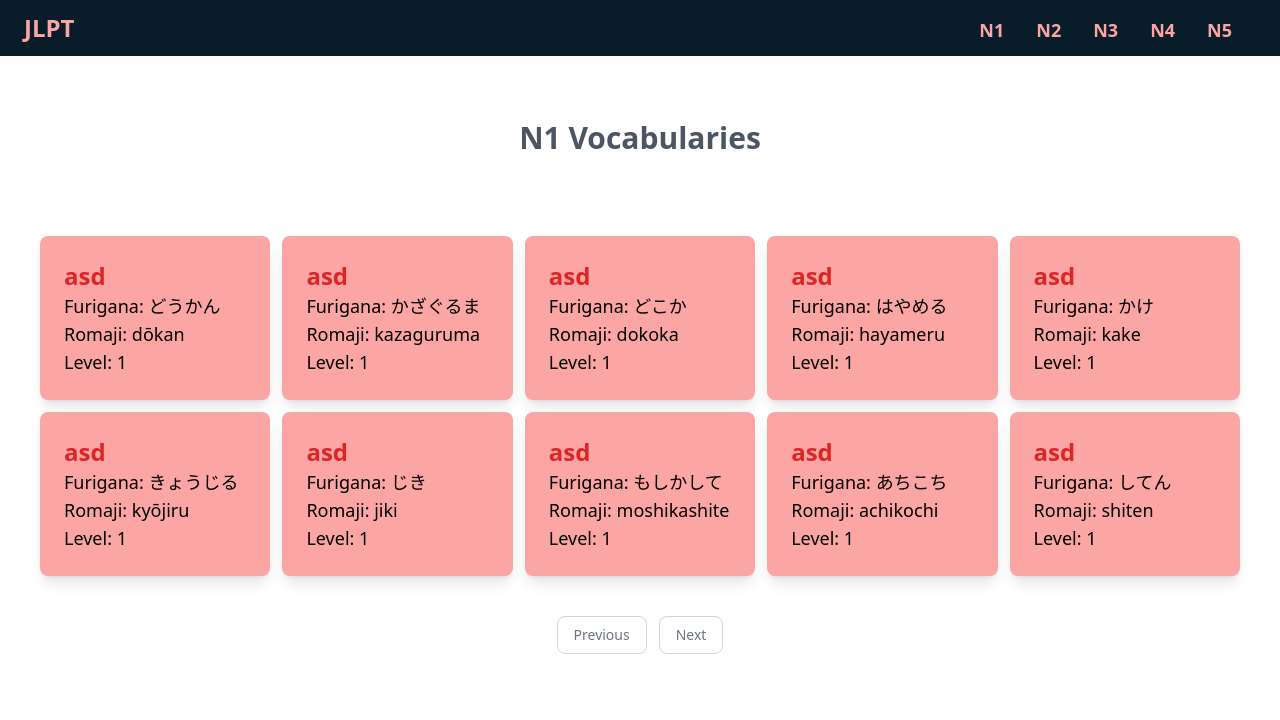
Repository: Penglee25/JLPT-vocabulary
Page: /n1
The author's editor kept a copy of each file at every save. The page is drawn from the files as they stood at one save, then again after the next save.
The browser window is 1280 px wide. The pictures show the whole page.
The project was rebuilt for these pictures with package versions that can differ from the ones it lists, and the page was loaded fresh each time. The framework's server and built-in components were replaced by stand-ins that run in the browser. Also part of the build but not shown: next.config.js, src/styles/main.css.

Above is the page before, as saved 2023-03-17 15:37:50.

### src/pages/_app.tsx
import type { AppProps } from 'next/app';
import React from 'react';
import Head from '../components/head';

import '../styles/global.css';
import '../styles/main.css';

function MyApp({ Component, pageProps }: AppProps) {
  return (
    <React.Fragment>
      <Head />
      <Component {...pageProps} />
    </React.Fragment>
  )
}

export default MyApp;

### src/pages/n1.tsx
import { useState } from "react";
import Navbar from "../components/navbar";
import { pickDB } from "../utils/search-words";

export default function n1() {

    const [wordPost, setWordPost] = useState();
    const data = pickDB(1);
    const itemsPerPage = 10;

    const [currentPage, setCurrentPage] = useState(1);
    const totalPages = Math.ceil(data.length / itemsPerPage);

    const handlePrevClick = () => {
        setCurrentPage((prevPage) => prevPage - 1);
    };

    const handleNextClick = () => {
        setCurrentPage((prevPage) => prevPage + 1);
    };

    const renderData = () => {
        const start = (currentPage - 1) * itemsPerPage;
        const end = start + itemsPerPage;
        return data.slice(start, end).map((item, index) => (
            <div key={index} className="block rounded-lg bg-red-300 p-6 shadow-lg dark:bg-neutral-700">
                <span className='text-2xl font-bold text-red-600'>asd</span>
                <p className='my-0 text-lg'>Furigana: {item.furigana}</p>
                <p className='my-0 text-lg'>Romaji: {item.romaji}</p>
                <p className='my-0 text-lg'>Level: {item.level}</p>
            </div>
        ));
    };





    return (
        <div>
            <Navbar />
            <div className="container p-10">

                <div className="text-center my-20">
                    <span className="text-3xl text-gray-600 font-bold">N1 Vocabularies</span>
                </div>

                <div className=" grid md:grid-cols-5 gap-3 grid-cols-3">
                    {renderData()}
                </div>

                <div className="pagination text-center mt-10">
                    <a href="#" className="inline-flex items-center px-4 py-2 text-sm font-medium text-gray-500 bg-white border border-gray-300 rounded-lg hover:bg-gray-100 hover:text-gray-700 dark:bg-gray-800 dark:border-gray-700 dark:text-gray-400 dark:hover:bg-gray-700 dark:hover:text-white">
                        Previous
                    </a>
                    <a href="#" className="inline-flex items-center px-4 py-2 ml-3 text-sm font-medium text-gray-500 bg-white border border-gray-300 rounded-lg hover:bg-gray-100 hover:text-gray-700 dark:bg-gray-800 dark:border-gray-700 dark:text-gray-400 dark:hover:bg-gray-700 dark:hover:text-white">
                        Next
                    </a>
                </div>

            </div>
        </div>
    )
}

### src/components/head.tsx
import NextHead from 'next/head';

const title = 'JLPT Vocabulary API';
const desc = 'A RESTful / GraphQL API for JPLT vocabulary from N5 to N1';
const url = 'https://jlpt-keiz.vercel.app';

export default function Head() {
  return (
    <NextHead>
      <title>{title}</title>
      <meta name="description" content={desc} />
      <link rel="shortcut icon" type="image/x-icon" href="/icon-r.png" />

      <meta property="og:type" content="website" />
      <meta property="og:title" content={title} />
      <meta property="og:description" content={desc} />
      <meta property="og:url" content={url} />
      <meta property="og:image" content={`${url}/icon-s.png`} />

      <meta name="twitter:card" content="summary" />
    </NextHead>
  );
}

### src/styles/global.css
@tailwind base;
@tailwind components;
@tailwind utilities;

html {
  @apply antialiased;
}

.levels{
  color: #a2a2a2;
  font-weight: 600;
  transition: .3s;
  cursor: pointer;
}

.levels::after{
  content: '\261B';
  margin-left: 5px;
  position: absolute;
}

.levels:hover{
  color: black;
  text-decoration: underline;
}

### src/components/navbar.tsx
import Link from 'next/link'
import { useState } from 'react'

import { navLinks } from '../utils/data'

export default function Navbar() {
    const [isOpen, setIsOpen] = useState(false)
    const animate = useState(true)


    const NavMobile = ({ onClick }: any) => {
        // const animate = useStartAnimation()

        // return (
        //     <div className={`md:hidden flex flex-col text-white font-dosis w-11/12 mx-auto pl-2 pb-5 ${animate? '': 'translate-x-60 -translate-y-7 opacity-0'} transform transition duration-1000`}>

        //     </div>
        // )
    }

    return (
        <div style={{ backgroundColor: '#091c29' }} className='fixed top-0 w-full z-20 px-6'>
            <div className="w-full mx-auto py-3 flex items-center justify-between text-red-300 font-dosis transform transition duration-2500 text-2xl font-bold cursor-pointer">
                <Link href={navLinks[0].path}>
                <h3> JLPT </h3>
                </Link>
                <div className={`hidden md:block ${animate ? '' : 'translate-x-20 opacity-0'} transform transition duration-2500`}>
                    {
                        navLinks.map((nav: any, i) => (
                            <Link key={i} href={nav.path}>
                                <span className='font-bold text-lg mr-4 px-2 cursor-pointer border-b-2 border-transparent hover:border-white anim'>{nav.name}</span>
                            </Link>
                        ))
                    }
                </div>

                <div className='md:hidden -mr-1 flex'>
                </div>
            </div>


        </div>
    )
}

### src/utils/search-words.ts
import { Word, WordsResponse, Level } from '../types';
import { all, n1, n2, n3, n4, n5 } from '../../data-source/db'

export const pickDB = (level?: number): Word[] => {
  if (level === 1) return n1
  if (level === 2) return n2
  if (level === 3) return n3
  if (level === 4) return n4
  if (level === 5) return n5
  return all
}

export const search = (db: Word[], word: string): Word[] => {
  return db.filter(w => w.word === word)
}

export const searchWords = (
  { offset, limit, level, word }: { offset: number; limit: number; level?: Level, word?: string }
) => {
  limit = limit || 10
  offset = offset || 0
  const db = pickDB(level)
  const result = word ? search(db, word) : db
  const start = offset * limit;
  const words = result.slice(start, start + limit);
  const data: WordsResponse = {
    total: result.length,
    offset,
    limit,
    words,
  };
  return data;
}

export const randomWord = (level?: number) => {
  const db = pickDB(level)
  return db[Math.floor(Math.random() * db.length)];
}

### src/utils/data.ts
export const navLinks = [
    { name: "",
     path: "/"
    },
    {
      name: "N1",
      path: "/n1",
    },
    {
      name: "N2",
      path: "/N2",
    },
    {
      name: "N3",
      path: "/N3",
    },
    {
      name: "N4",
      path: "/N4",
    },
    {
      name: "N5",
      path: "/N5",
    },
  ];

### data-source/db/index.ts
import _all from './all.json'
import _n1 from './n1.json'
import _n2 from './n2.json'
import _n3 from './n3.json'
import _n4 from './n4.json'
import _n5 from './n5.json'
import { Word } from '../../src/types'

export const all = _all as Word[]
export const n1 = _n1 as Word[]
export const n2 = _n2 as Word[]
export const n3 = _n3 as Word[]
export const n4 = _n4 as Word[]
export const n5 = _n5 as Word[]

### tailwind.config.js
module.exports = {
	content: ["./src/**/*.tsx"],
	theme: {
		extend: {
			animation: {
				none: "none",
				spin: "spin 1s linear infinite",
				ping: "ping 1s cubic-bezier(0, 0, 0.2, 1) infinite",
				pulse: "pulse 2s cubic-bezier(0.4, 0, 0.6, 1) infinite",
				pulse1s: "pulse1s 1s cubic-bezier(0.4, 0, 0.6, 1) infinite",
				bounce: "bounce 1s infinite",
				newbounce: "newbounce 1s infinite",
				rebounce: "rebounce 1s infinite",
				float: "float 3s infinite",
				refloat: "refloat 3s infinite",
			},
			fontSize: {
				xs: ["0.75rem", { lineHeight: "1rem" }],
				sm: ["0.875rem", { lineHeight: "1.25rem" }],
				base: ["1rem", { lineHeight: "1.5rem" }],
				lg: ["1.125rem", { lineHeight: "1.75rem" }],
				xl: ["1.25rem", { lineHeight: "1.75rem" }],
				"2xl": ["1.5rem", { lineHeight: "2rem" }],
				"3xl": ["1.875rem", { lineHeight: "2.25rem" }],
				"4xl": ["2.25rem", { lineHeight: "2.5rem" }],
				"5xl": ["3rem", { lineHeight: "1" }],
				"6xl": ["3.75rem", { lineHeight: "1" }],
				"7xl": ["4.5rem", { lineHeight: "1" }],
				"8xl": ["6rem", { lineHeight: "1" }],
				"9xl": ["8rem", { lineHeight: "1" }],
			},
		},
	},
	plugins: [require("@tailwindcss/typography")],
};

Loaded but not shown: data-source/db/all.json (1 lines, source omitted); data-source/db/n1.json (1 lines, source omitted); data-source/db/n2.json (1 lines, source omitted); data-source/db/n3.json (1 lines, source omitted); data-source/db/n5.json (1 lines, source omitted); data-source/db/n4.json (1 lines, source omitted)

After the next save:
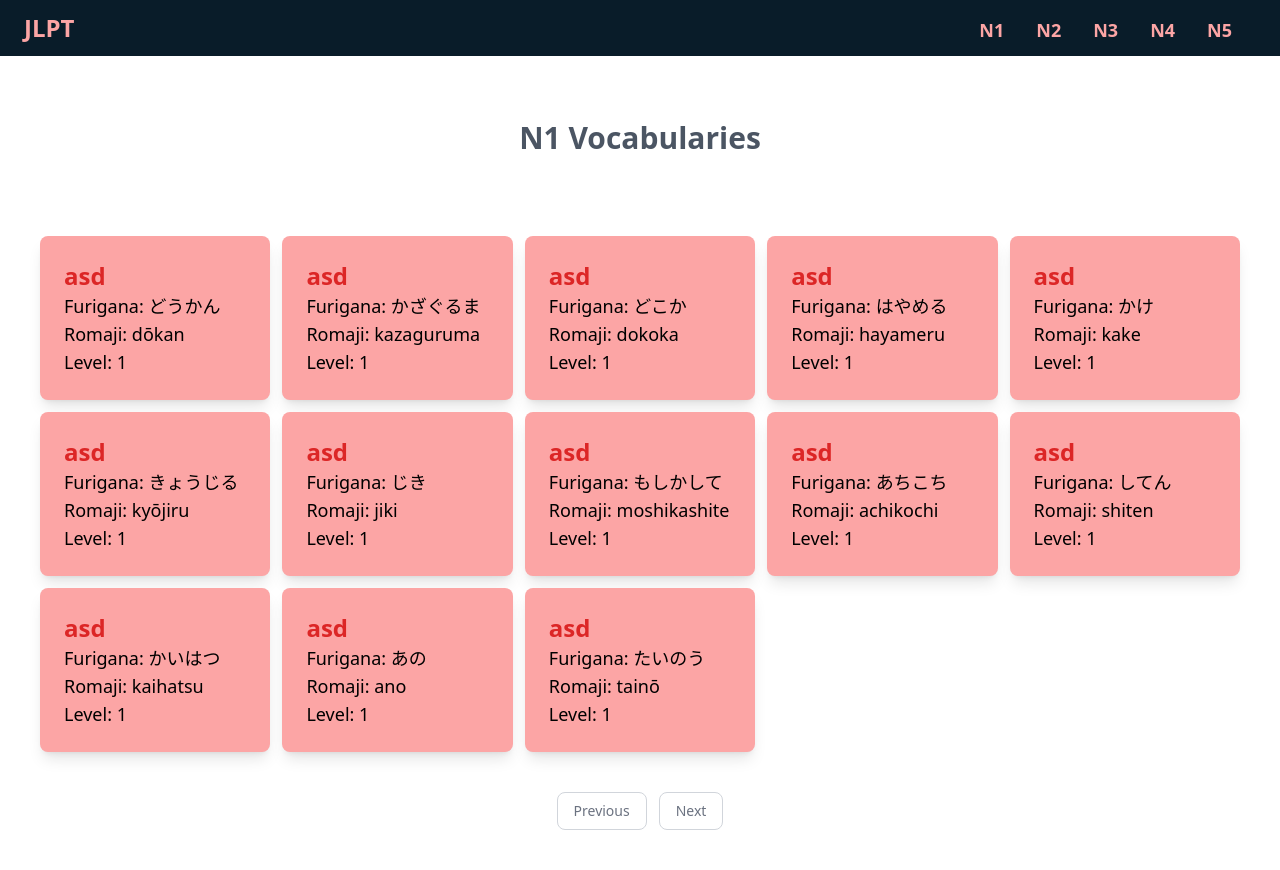
Saved 17 s later.
--- a/src/pages/n1.tsx
+++ b/src/pages/n1.tsx
@@ -6,7 +6,7 @@ export default function n1() {
 
     const [wordPost, setWordPost] = useState();
     const data = pickDB(1);
-    const itemsPerPage = 10;
+    const itemsPerPage = 13;
 
     const [currentPage, setCurrentPage] = useState(1);
     const totalPages = Math.ceil(data.length / itemsPerPage);
